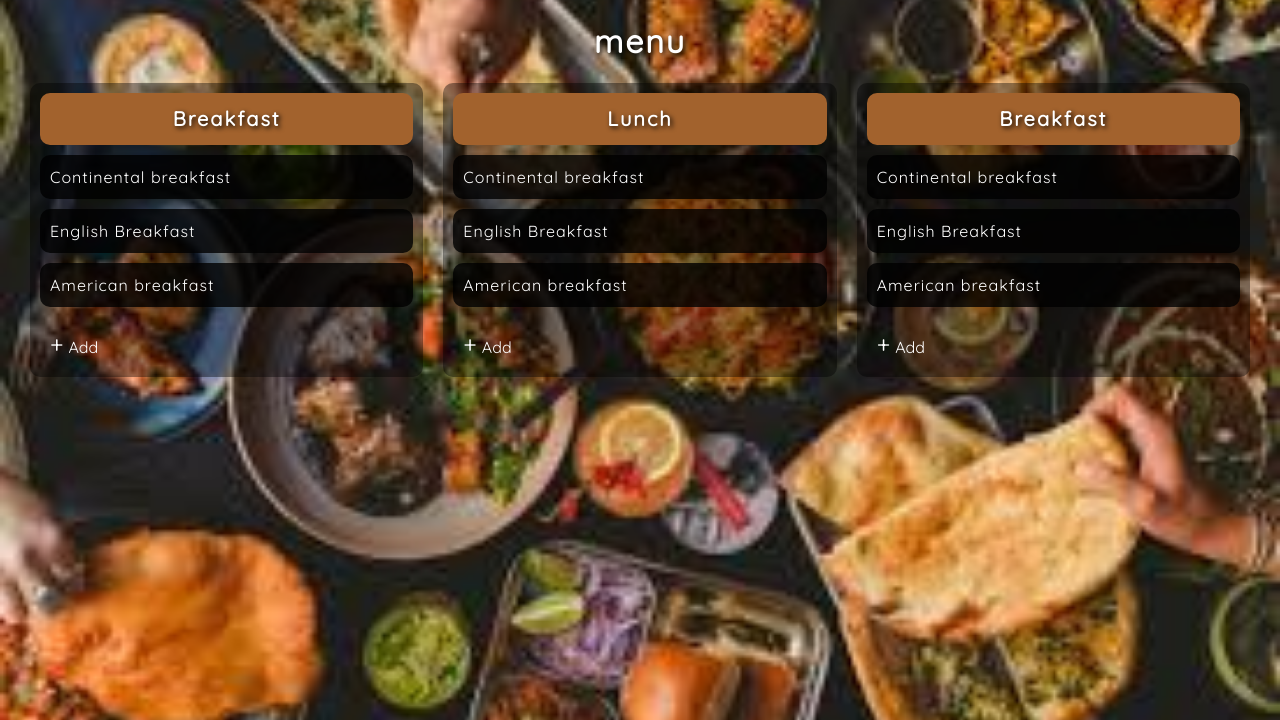
Repository: Anasooya2601/drag-and-drop
Page: index.html
An editor plug-in stored every save of this project. The page is shown before and after a run of saves, followed by the edit.
The browser window is 1280 px wide. The pictures show the whole page.

Above is the page before, as saved 2021-02-05 01:33:00.

After the next 2 saves:
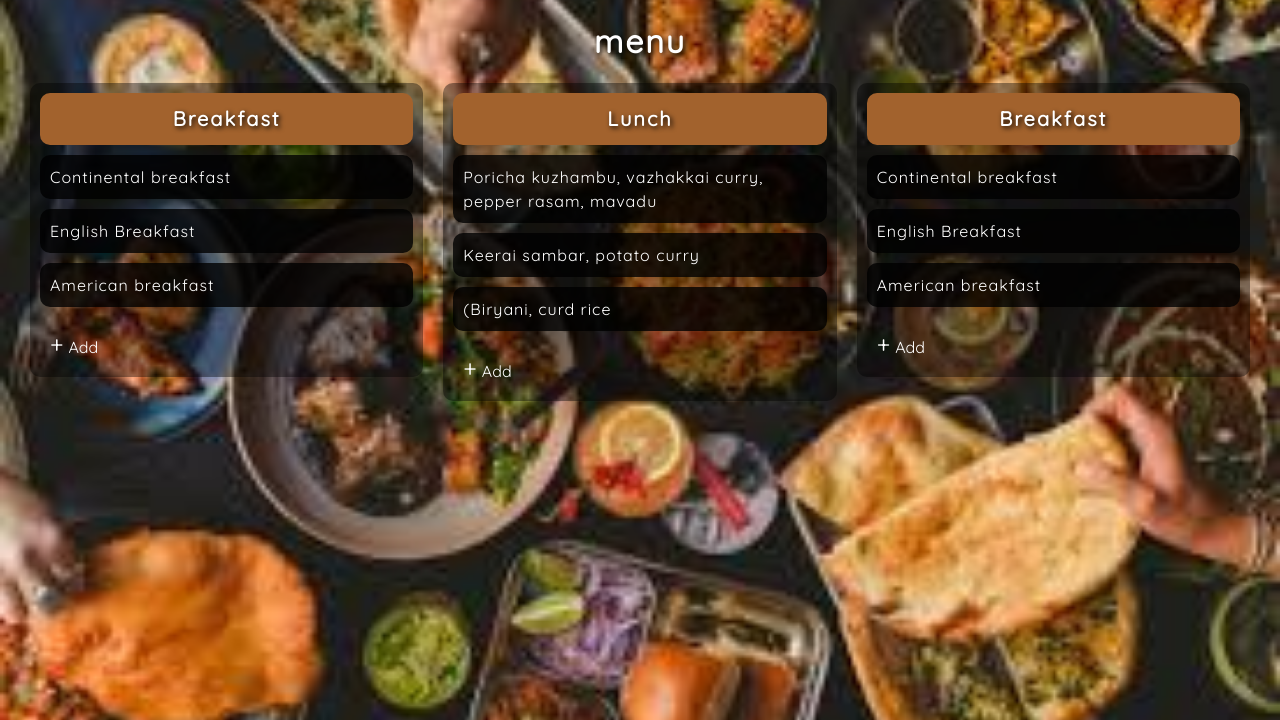
The 2 saves are shown as one change because they came seconds apart.
The last was saved 86 s later.
--- a/index.html
+++ b/index.html
@@ -48,9 +48,9 @@
     <!-- breakfast-content -->
     <div id="backlog-content">
         <ul class="drag-item-list"id= "backlog-list">
-            <li class="drag-item"> Continental breakfast</li>
-            <li class="drag-item">English Breakfast</li>
-            <li class="drag-item">American breakfast</li>
+            <li class="drag-item"> Poricha kuzhambu, vazhakkai curry, pepper rasam, mavadu</li>
+            <li class="drag-item">Keerai sambar, potato curry</li>
+            <li class="drag-item">(Biryani, curd rice</li>
         </ul>
     </div>
     <!-- add-button -->
